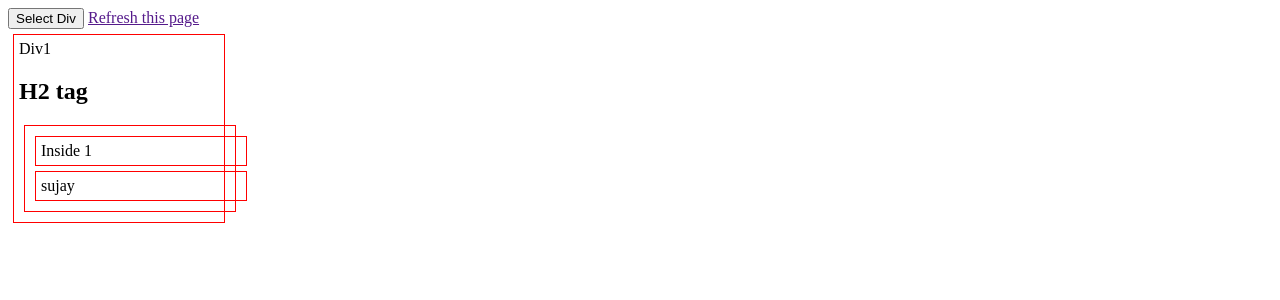
Repository: sujay-a-v/FunctionalPrograms
Page: Sujay/jQuery/jQueryExample/WebContent/SelectorTagname.html
An editor plug-in stored every save of this project. The page is shown before and after the next save, followed by the edit.
The browser window is 1280 px wide. The pictures show the whole page.
After loading, the first visible `input` was clicked once.
Some web libraries are served in a nearby version.

Above is the page before, as saved 2017-10-25 05:03:51.

### Sujay/jQuery/jQueryExample/WebContent/SelectorTagname.html
<!DOCTYPE html>
<html>
<head>
   <meta charset="utf-8">
   <title>jQuery Select elements by tagName</title>

   <script type="text/javascript" src="http://code.jquery.com/jquery-1.11.3.js"></script>

   <style>
      div {
        padding: 5px;
        margin:5px;
        width: 200px;
      }
   </style>

   <script>
      function selectDiv()  {
          $('div').css("border","1px solid red");
      }
   </script>
</head>
<body>

   <input type="button" onclick="selectDiv();" value="Select Div"/>
   <a href="">Refresh this page</a>


   <div>Div1

   <h2>H2 tag</h2>

   <div>

        <div>Inside 1</div>

        <div>sujay</div>

   </div>
   </div>

</body>
</html>

After the next save:
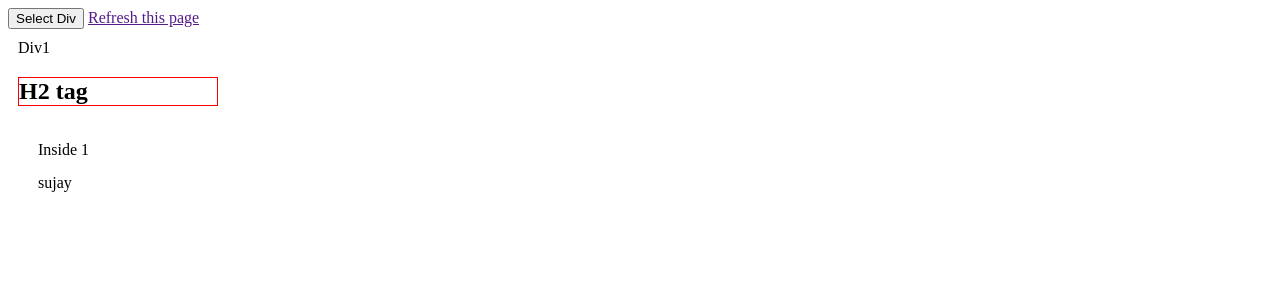
Saved 52 s later.
--- a/Sujay/jQuery/jQueryExample/WebContent/SelectorTagname.html
+++ b/Sujay/jQuery/jQueryExample/WebContent/SelectorTagname.html
@@ -16,7 +16,7 @@
 
    <script>
       function selectDiv()  {
-          $('div').css("border","1px solid red");
+          $('h2').css("border","1px solid red");
       }
    </script>
 </head>
